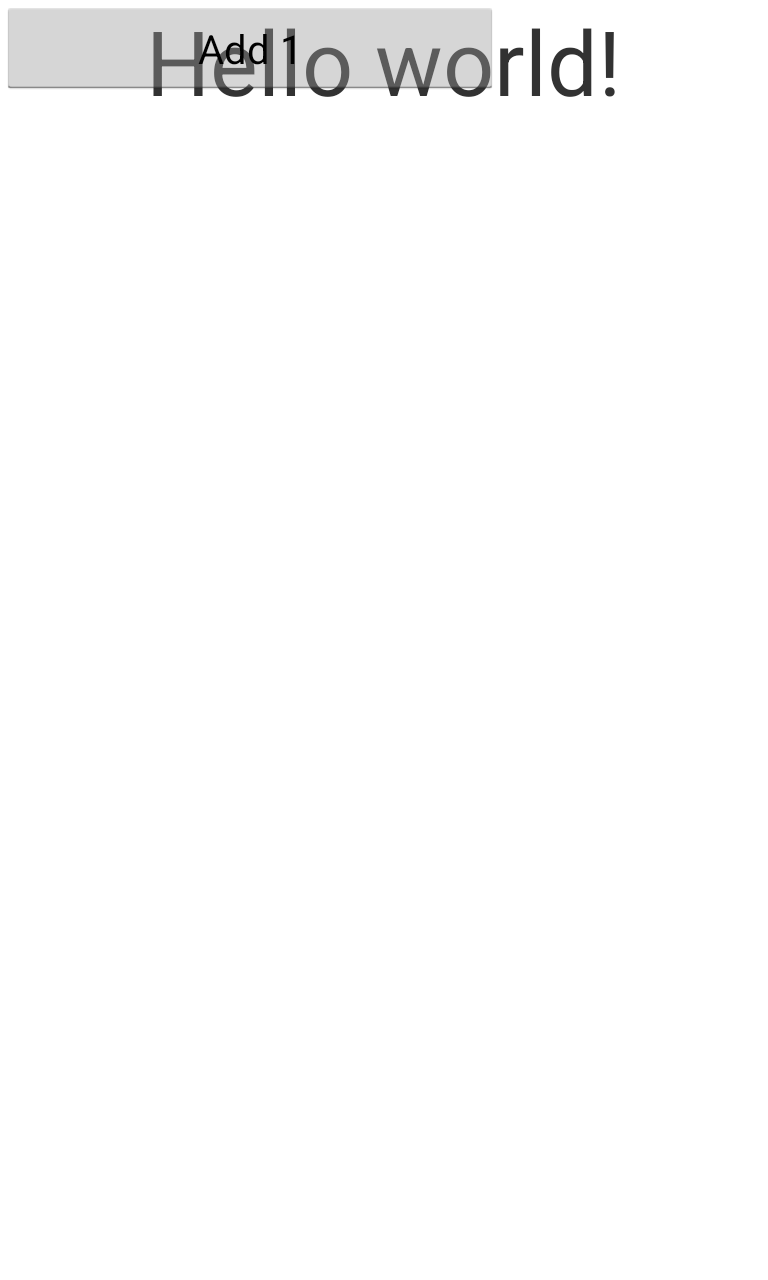
Repository: raatass/helloWorld
Layout: HelloWorld/res/layout/activity_main.xml
These files come from the project's save history. The layout is drawn as it stood at one moment and after the next save; the edit follows.
It is drawn on a 768 x 1280 px phone screen (xhdpi) without system bars, with theme AppTheme; the app's code is not run.

Above is the layout before, as saved 2012-11-11 11:14:01.

### HelloWorld/res/layout/activity_main.xml
<RelativeLayout xmlns:android="http://schemas.android.com/apk/res/android"
    xmlns:tools="http://schemas.android.com/tools"
    android:orientation="vertical"
    android:layout_width="match_parent"
    android:layout_height="match_parent" >

	<TextView
	    android:layout_width="wrap_content"
	    android:layout_height="wrap_content"
	    android:layout_centerHorizontal="true"
	    android:text="@string/hello_world"
	    android:textSize="45dp" />

	<Button
	    android:layout_width="250dp"
	    android:layout_height="wrap_content"
	    android:text="Add 1"
	    android:layout_centerHorizontal=""
	    android:textSize="20dp"

	    />

</RelativeLayout>

### HelloWorld/res/values/strings.xml
<resources>

    <string name="app_name">HelloWorld</string>
    <string name="hello_world">Hello world!</string>
    <string name="menu_settings">Settings</string>
    <string name="title_activity_main">MainActivity</string>

</resources>

Loaded but not shown: HelloWorld/res/values-v11/styles.xml (common file); HelloWorld/res/values-v14/styles.xml (common file); HelloWorld/res/values/styles.xml (common file)

After the next save:
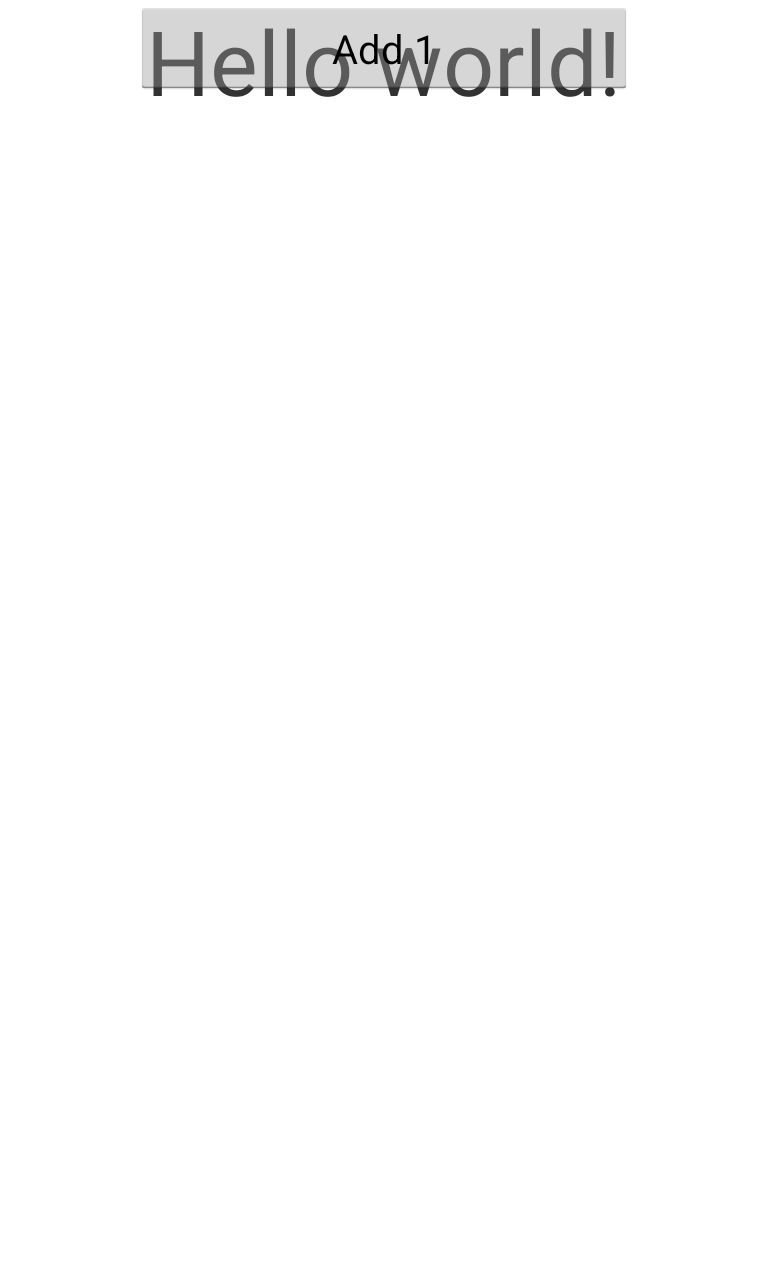
Saved 5 s later.
--- a/HelloWorld/res/layout/activity_main.xml
+++ b/HelloWorld/res/layout/activity_main.xml
@@ -15,7 +15,7 @@
 	    android:layout_width="250dp"
 	    android:layout_height="wrap_content"
 	    android:text="Add 1"
-	    android:layout_centerHorizontal=""
+	    android:layout_centerHorizontal="true"
 	    android:textSize="20dp"
 
 	    />
